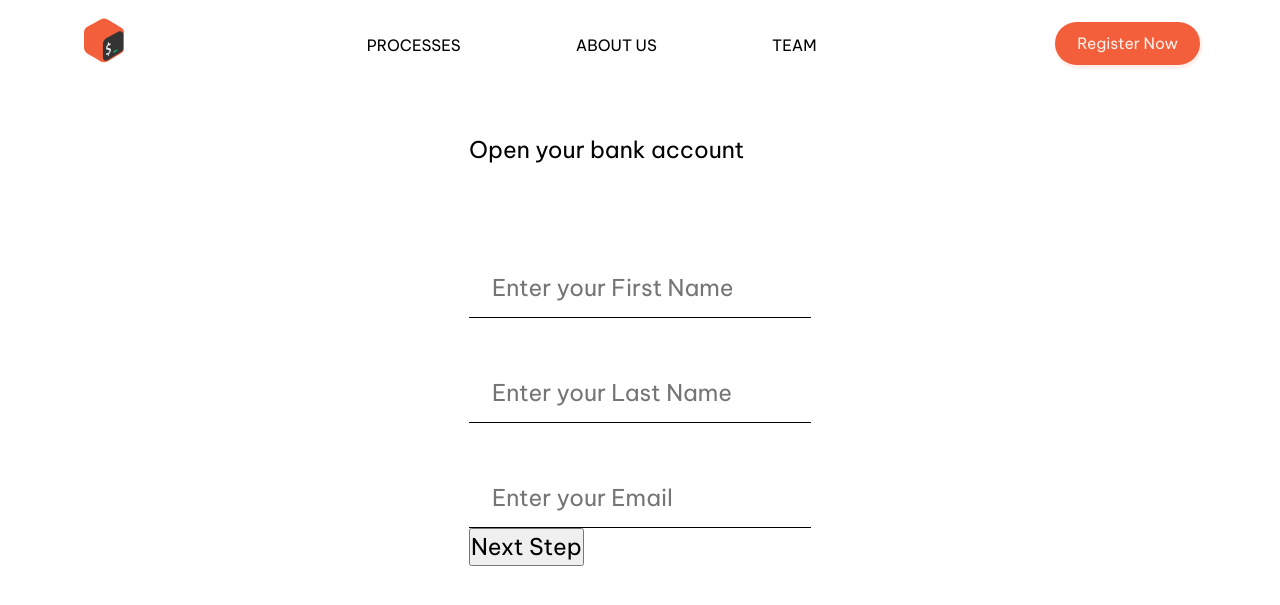
Repository: Esraa22M/Banking_Site
Page: index.html
The author's editor kept a copy of each file at every save. The page is drawn from the files as they stood at one save, then again after the next save.
The browser window is 1280 px wide. The pictures show the whole page.

Above is the page before, as saved 2022-10-31 17:00:59.

After the next save:
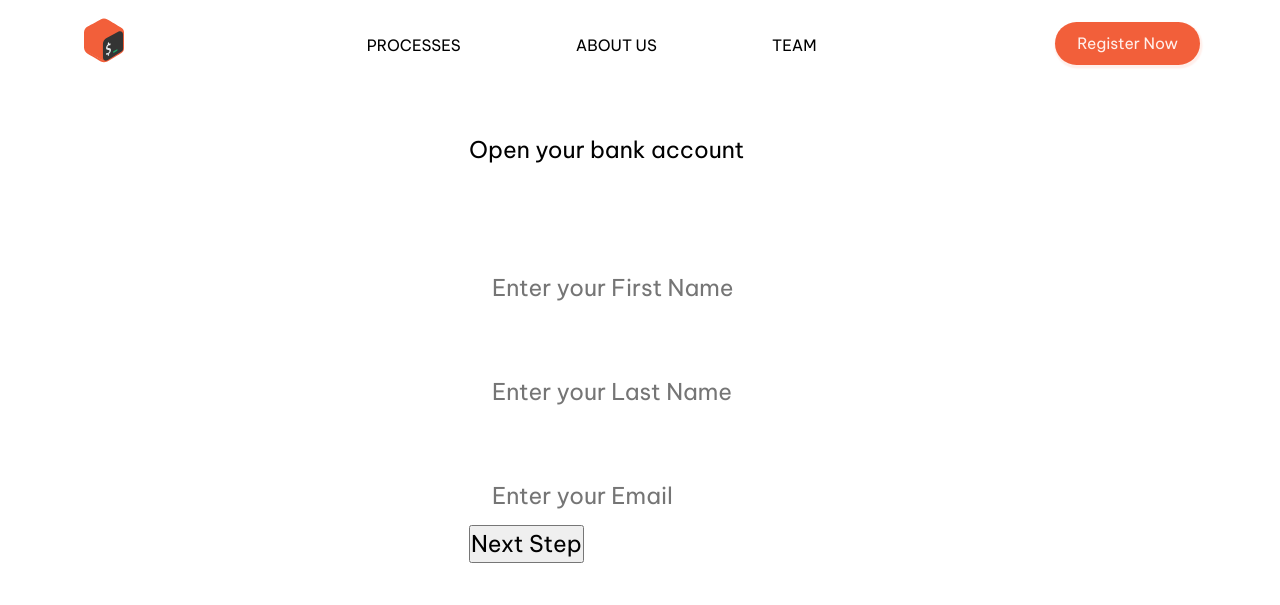
Saved 39 s later.
--- a/style.css
+++ b/style.css
@@ -203,7 +203,7 @@
   border: none;
   outline: none;
   padding: 0.5em 1em;
-  border-bottom: 1px solid var(--clr-neutral-900);
+  /* border-bottom: 1px solid var(--clr-neutral-900); */
   margin-top: 2em;
 }
 .first_name::after {

After the save that followed:
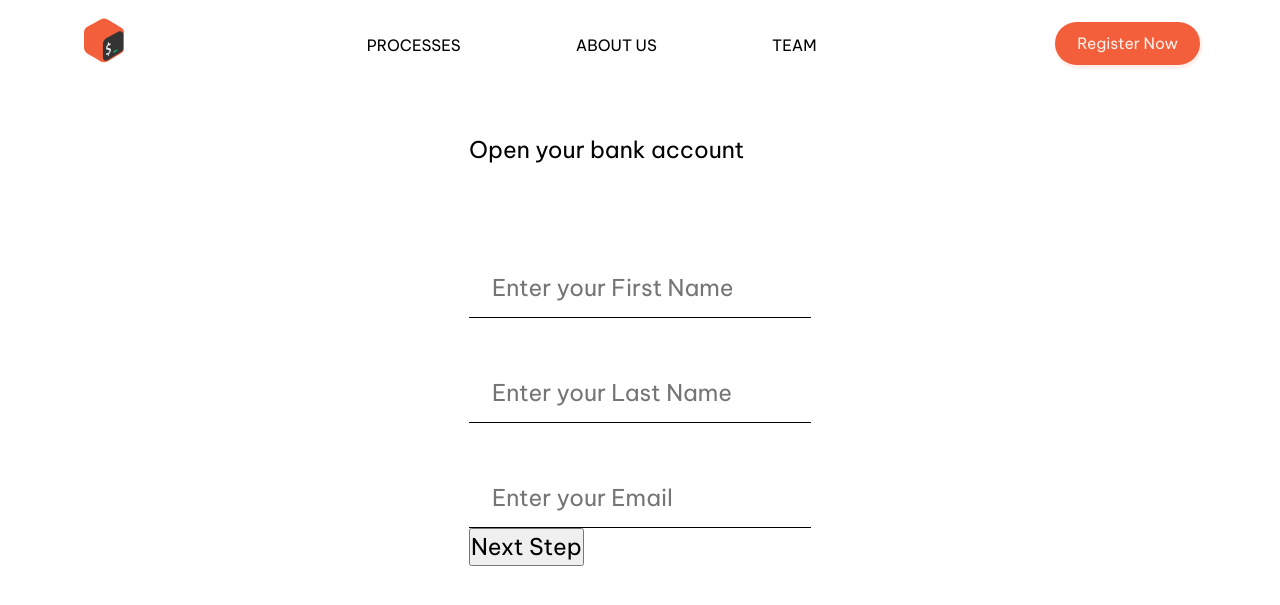
Saved 19 s later.
--- a/style.css
+++ b/style.css
@@ -203,7 +203,7 @@
   border: none;
   outline: none;
   padding: 0.5em 1em;
-  /* border-bottom: 1px solid var(--clr-neutral-900); */
+  border-bottom: 1px solid var(--clr-neutral-900);
   margin-top: 2em;
 }
 .first_name::after {
